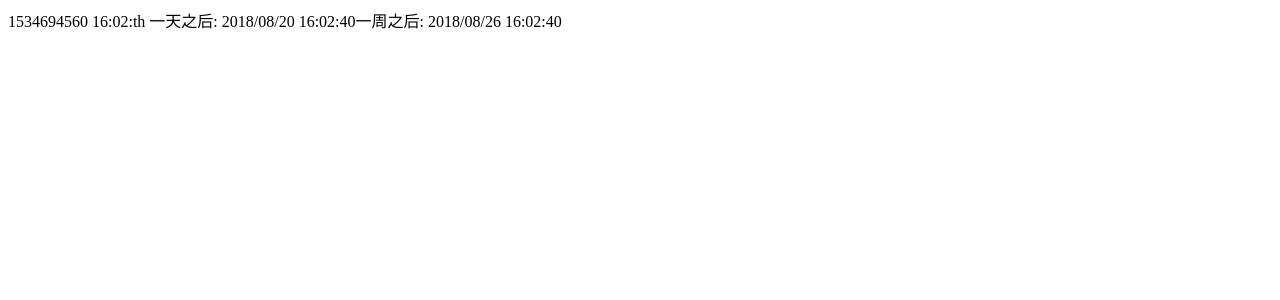
Repository: xiangyu-lin/Python_module
Page: http://localhost/9-dateAndTime/9-3timeStamp.php
The author's editor kept a copy of each file at every save. The page is drawn from the files as they stood at one save, then again after the next save.
The browser window is 1280 px wide. The pictures show the whole page.
The page is run by PHP 8.4 with error messages shown; the project is at /var/www/html/.

Above is the page before, as saved 2018-08-20 14:00:57.

After the next save:
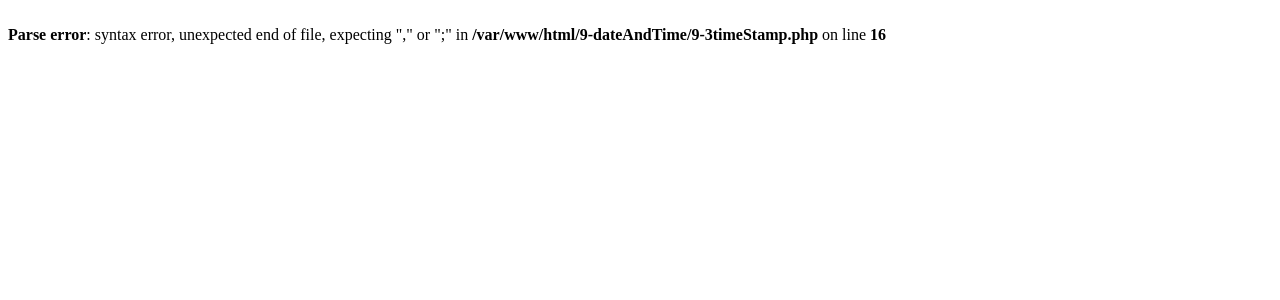
Saved 79 s later.
--- a/demo/9-dateAndTime/9-3timeStamp.php
+++ b/demo/9-dateAndTime/9-3timeStamp.php
@@ -11,4 +11,6 @@
 echo '一天之后: '.date('Y/m/d H:i:s',time()+24*3600);
 echo '一周之后: '.date('Y/m/d H:i:s',time()+24*3600*7);
 
-// mktime(h,i,s,n,j,y) 得到指定日期的时间戳
+// mktime(h,i,s,n,j,Y) 得到指定日期的时间戳
+// 2018-08-20 00:00:00
+echo mktime(0,0,0,8,20,2018)

After the save that followed:
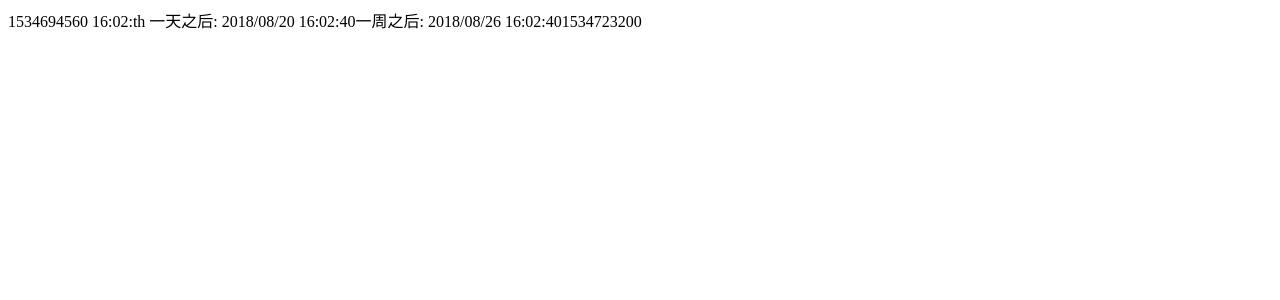
Saved 8 s later.
--- a/demo/9-dateAndTime/9-3timeStamp.php
+++ b/demo/9-dateAndTime/9-3timeStamp.php
@@ -13,4 +13,4 @@
 
 // mktime(h,i,s,n,j,Y) 得到指定日期的时间戳
 // 2018-08-20 00:00:00
-echo mktime(0,0,0,8,20,2018)
+echo mktime(0,0,0,8,20,2018);
